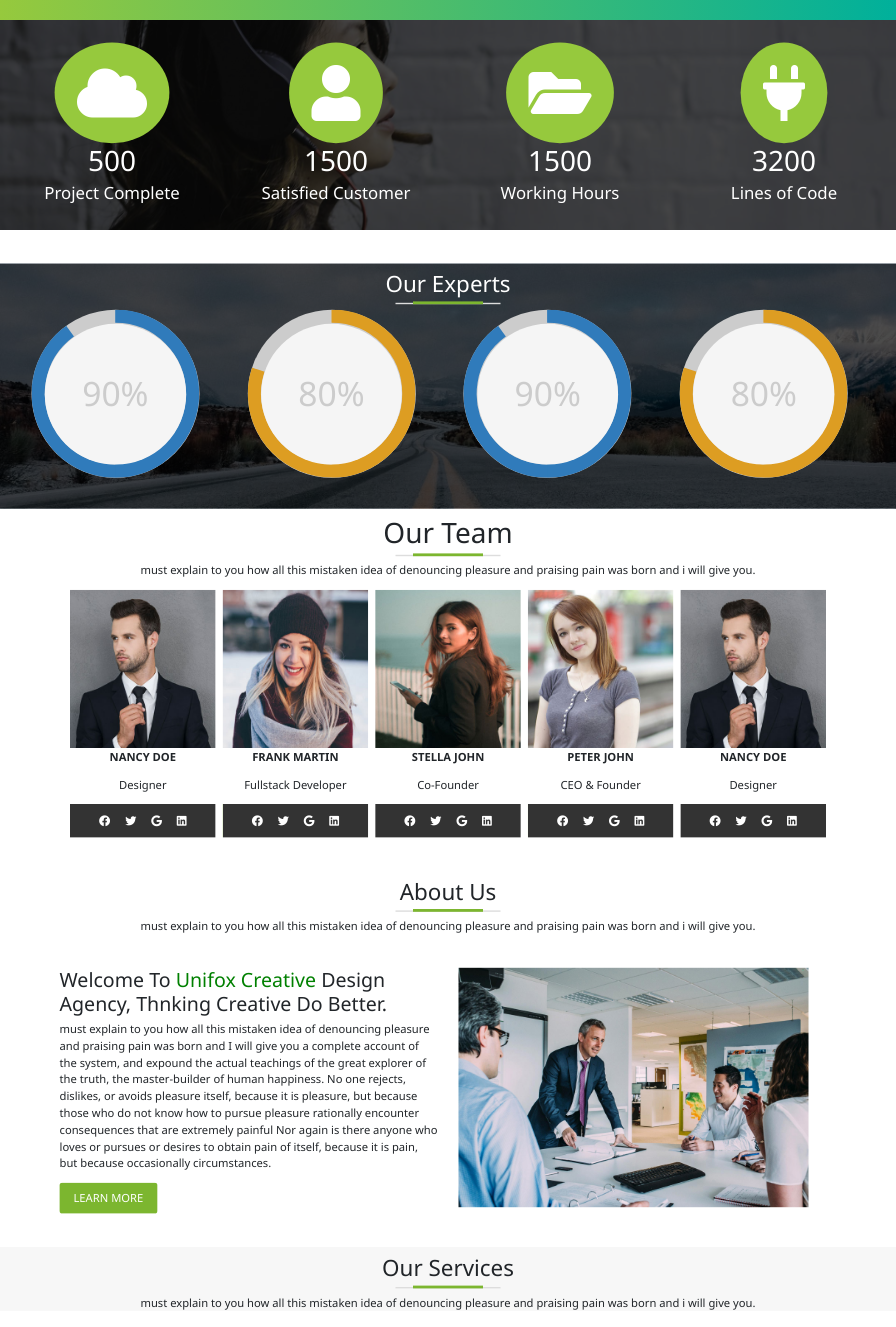
Repository: ibrkhalil/Uniforce-First-Attempt
Page: index.html
These files come from the project's save history. The page is drawn as it stood at one moment and after the next save; the edit follows.
The browser window is 1280 px wide. The pictures show the part of the page from y = 692 to 2612 px (the page is 2588 px tall before and 2612 px after), at 70% of full size.
Backgrounds fixed to the window are drawn as part of the page.

Above is the page before, as saved 2021-01-24 02:40:43.

### index.html
<!DOCTYPE html>
<html lang="en">
  <head>
    <meta charset="UTF-8" />
    <link rel="stylesheet" href="./bootstrap.min.css" />
    <link rel="stylesheet" href="owl.carousel.css" />
    <link rel="preconnect" href="https://fonts.gstatic.com" />
    <link rel="stylesheet" href="./jquery-ui.css" />
    <link
      rel="stylesheet"
      href="https://use.fontawesome.com/releases/v5.15.2/css/all.css"
      integrity="sha384-vSIIfh2YWi9wW0r9iZe7RJPrKwp6bG+s9QZMoITbCckVJqGCCRhc+ccxNcdpHuYu"
      crossorigin="anonymous"
    />
    <link rel="stylesheet" href="./circle.css" />
    <link
      href="https://fonts.googleapis.com/css2?family=Open+Sans&display=swap"
      rel="stylesheet"
    />
    <link rel="stylesheet" href="style.css" />
    <meta name="viewport" content="width=device-width, initial-scale=1.0" />
    <title>Unifox</title>
  </head>

  <body>
    <div class="main-nav">
      <nav
        class="navbar navbar-expand-lg justify-content-around sticky-top navbar-fixed-top"
      >
        <!-- <div class="container"> -->
        <a class="navbar-brand" href="#"><h3 class="unifox">UNIFOX</h3></a>
        <button
          class="navbar-toggler"
          type="button"
          data-toggle="collapse"
          data-target="#navbarSupportedContent"
          aria-controls="navbarSupportedContent"
          aria-expanded="false"
          aria-label="Toggle navigation"
        >
          <span class="fa fa-bars fa-3x"></span>
        </button>
        <div class="">
          <div class="nav-items">
            <div class="collapse navbar-collapse" id="navbarSupportedContent">
              <ul class="navbar-nav mr-auto">
                <li class="item">
                  <a class="nav-link active" href="#">HOME</a>
                </li>
                <li class="nav-item"><a class="nav-link" href="#">ABOUT</a></li>
                <li class="nav-item">
                  <a class="nav-link" href="#">SERVICES</a>
                </li>
                <li class="nav-item">
                  <a class="nav-link" href="#">POROFOLIO</a>
                </li>
                <li class="nav-link"><a href="#">PRICES</a></li>
                <li class="nav-link"><a href="#">TEAM</a></li>
                <li class="nav-link"><a href="#">TESTIMONIALS</a></li>
                <li class="nav-link"><a href="#">BLOG</a></li>
                <li class="nav-link"><a href="#">CONTACT</a></li>
              </ul>
            </div>
          </div>
        </div>

        <!-- </div> -->
      </nav>

      <!-- nav end -->

      <div class="jumbotron">
        <h1 class="display-4 jumbo-main-text">
          <strong>Unifox Creative & Unique.</strong>
        </h1>
        <p class="lead jumbo-subtext">
          Unifox Denounce With Righteous Indignation And Dislike Men Who Are So
          Beguiled And Demoralized By The Charms Of Pleasure Of The Moment.
        </p>

        <div class="jumbo-btns">
          <p class="lead">
            <a class="btn jumbo-btn btn-primary btn-lg" href="#" role="button"
              >Download Now</a
            >
          </p>
          <p class="lead">
            <a class="btn jumbo-btn btn-primary btn-lg" href="#" role="button"
              >Discover More</a
            >
          </p>
        </div>
      </div>
      <!-- jumbotron end -->
      <!-- heading end -->
    </div>
    <div class="counting-number parallax">
      <div class="container-fluid">
        <div class="row">
          <div class="col-md-3">
            <i class="fa counting-icon fa-cloud fa-5x"></i>
            <h1 class="counter" data-count="500">0</h1>
            <h4>Project Complete</h4>
          </div>
          <div class="col-md-3">
            <i class="fa counting-icon fa-user fa-5x"></i>
            <h1 class="counter" data-count="1500">0</h1>
            <h4>Satisfied Customer</h4>
          </div>
          <div class="col-md-3">
            <i class="fa counting-icon fa-folder-open fa-5x"></i>
            <h1 class="counter" data-count="1500">0</h1>
            <h4>Working Hours</h4>
          </div>
          <div class="col-md-3">
            <i class="fa counting-icon fa-plug fa-5x"></i>
            <h1 class="counter" data-count="3200">0</h1>
            <h4>Lines of Code</h4>
          </div>
        </div>
      </div>
    </div>

    <br />
    <br />

    <!-- Counting number div -->
    <div class="our-experts-main">
      <h2 class="our-experts-word line">Our Experts</h2>

      <div class="our-experts">
        <div class="clearfix circular-icons">
          <div class="c100 p90 big blue">
            <span>90%</span>
            <div class="slice">
              <div class="bar"></div>
              <div class="fill"></div>
            </div>
          </div>
          <div class="c100 p80 big orange">
            <span>80%</span>
            <div class="slice">
              <div class="bar"></div>
              <div class="fill"></div>
            </div>
          </div>
          <div class="c100 p90 big blue">
            <span>90%</span>
            <div class="slice">
              <div class="bar"></div>
              <div class="fill"></div>
            </div>
          </div>

          <div class="c100 p80 big orange">
            <span>80%</span>
            <div class="slice">
              <div class="bar"></div>
              <div class="fill"></div>
            </div>
          </div>
        </div>
        <!-- /green -->

        <!-- orange -->
        <div class="clearfix"></div>
      </div>
    </div>

    <!-- experts end -->

    <div class="our-team">
      <div class="container">
        <div class="our-team-text">
          <h1 class="line">Our Team</h1>

          <p>
            must explain to you how all this mistaken idea of denouncing
            pleasure and praising pain was born and i will give you.
          </p>
        </div>
        <div class="top-content">
          <div class="container-fluid">
            <div class="owl-carousel owl-theme">
              <div class="item">
                <img
                  src="./images/1 (1).jpg"
                  class="img-fluid mx-auto d-block"
                  alt="img1"
                />
                <strong class="team-member-name">
                  <p>STELLA JOHN</p>
                </strong>
                <p>Co-Founder</p>
                <div class="social-media-icons" data-content="Link Hover">
                  <div
                    class="container d-flex justify-content-around align-items-center"
                  >
                    <i class="fab fa-facebook"></i>
                    <i class="fab fa-twitter"></i>
                    <i class="fab fa-google"></i>
                    <i class="fab fa-linkedin"></i>
                  </div>
                </div>
              </div>

              <div class="item">
                <img
                  src="./images/2 (1).jpg"
                  class="img-fluid mx-auto d-block"
                  alt="img2"
                />
                <strong class="team-member-name">
                  <p>PETER JOHN</p>
                </strong>
                <p>CEO & Founder</p>
                <div class="social-media-icons">
                  <div
                    class="container d-flex justify-content-around align-items-center"
                  >
                    <i class="fab fa-facebook"></i>
                    <i class="fab fa-twitter"></i>
                    <i class="fab fa-google"></i>
                    <i class="fab fa-linkedin"></i>
                  </div>
                </div>
              </div>

              <div class="item">
                <img
                  src="./images/3 (1).jpg"
                  class="img-fluid mx-auto d-block"
                  alt="img3"
                />
                <strong class="team-member-name">
                  <p>NANCY DOE</p>
                </strong>
                <p>Designer</p>
                <div class="social-media-icons">
                  <div
                    class="container d-flex justify-content-around align-items-center"
                  >
                    <i class="fab fa-facebook"></i>
                    <i class="fab fa-twitter"></i>
                    <i class="fab fa-google"></i>
                    <i class="fab fa-linkedin"></i>
                  </div>
                </div>
              </div>

              <div class="item">
                <img
                  src="./images/4.jpg"
                  class="img-fluid mx-auto d-block"
                  alt="img4"
                />
                <strong class="team-member-name">
                  <p>FRANK MARTIN</p>
                </strong>
                <p>Fullstack Developer</p>
                <div class="social-media-icons">
                  <div
                    class="container d-flex justify-content-around align-items-center"
                  >
                    <i class="fab fa-facebook"></i>
                    <i class="fab fa-twitter"></i>
                    <i class="fab fa-google"></i>
                    <i class="fab fa-linkedin"></i>
                  </div>
                </div>
              </div>
            </div>
          </div>
        </div>
      </div>
    </div>
        <section class="about-section my-5 green-bottom-border">
            <div class="container">
                <h2 class="line">About Us</h2>
                <p class="mb-5 aligny-center">must explain to you how all this mistaken idea of denouncing pleasure and praising pain was born and i will give you.</p>
                <div class="row">
                    <div class="col-md-6"><h3>Welcome To <span class="green-color">Unifox Creative</span> Design Agency, Thnking Creative Do Better.</h3><p>must explain to you how all this mistaken idea of denouncing pleasure and praising pain was born and I will give you a complete account of the system, and expound the actual teachings of the great explorer of the truth, the master-builder of human happiness. No one rejects, dislikes, or avoids pleasure itself, because it is pleasure, but because those who do not know how to pursue pleasure rationally encounter consequences that are extremely painful Nor again is there anyone who loves or pursues or desires to obtain pain of itself, because it is pain, but because occasionally circumstances.</p>
                    <a href="#" class="btn social-media-icons-invert">LEARN MORE</a>
                    </div>
                    <div class="col-md-6">
                        <img src="./about-bg.jpg" src="about" width="500px">
                    </div>
                </div>
            </div>
            </section>

            <section class="our-services">

                    <h2 class="our-services-word line">
                        Our Services
                    </h2>
                    <p class="aligny-center mb-4">must explain to you how all this mistaken idea of denouncing pleasure and praising pain was born and i will give you.</p>

            </section>



    <script src="./jquery.js"></script>
    <script src="./jquery-ui.js"></script>
    <script src="./owl.carousel.js"></script>
    <script src="./owl.autoplay.js"></script>
    <script src="./bootstrap.js"></script>
    <script src="./script.js"></script>
  </body>
</html>

### style.css
*{
    margin: 0;
    padding: 0;
}
body{
    font-family: 'Segoe UI', Tahoma, Geneva, Verdana, sans-serif;
}
.nav-items{
    display: flex;
    width: 100%;
    justify-content: space-between;
}

.main-nav h3{
    font-family: 'Open Sans', sans-serif;
    font-weight: bold;
    font-size: x-large;
}
.main-nav{
    transition: all 200ms;
    font-size: small;
    background: linear-gradient(to right, #96c93d, #00b09b);
    height: 100vh;
}
.main-nav a{
    text-decoration: none;
    color: white;
    border: none;
}
 .main-nav li, .main-nav h3 {
    margin-top: 1rem;
}
.circular-icons{
    display: flex;
    justify-content: space-between;
}
.jumbotron{
    text-align: center;
    margin-top: 5rem;
    color: white;
    background-color: transparent;
}
.jumbo-btn{
    background-color: #7CB62F;
}

.navbar-fixed-top a:hover{
    color: #3e3e3e;
}
.navbar-fixed-top.scrolled {
    width: 100vw;
    background-color: #fff !important;
    /* padding: 0.5rem 0; */
    /* transition: all 200ms ease; */

  }
/* .navbar-fixed-top.scrolled  a{
    color: black;

  } */
  .navbar-fixed-top.scrolled  a:hover{
    color: gray;

  }
.jumbo-btns{
    display: flex;
    justify-content: center;
}
.jumbo-subtext{

    margin: 2rem auto;
    width: 50%;
}
.jumbo-main-text{
font-weight: 400;
}
.jumbo-btns p{
   margin-right: 0.5rem;
}
.lead-btns a{
    display: flex;
    border: none;
}
.parallax {
    background-image: url("./fun_facts_bg.jpg");
    height: 300px;
    background-blend-mode: overlay;
    background-attachment: fixed;
    background-position: center;
    background-repeat: no-repeat;
    background-size: cover;
    background-color: rgba(0, 0, 0,0.7);
    color: white;
    text-align: center;
    display: flex;
    align-items: center;
  }
  .parallax img {
      height: 300px;
      object-fit: cover;
  }
  .counting-icon{
      padding: 2rem;
      background-color: #96c93d ;
      border-radius: 50%;
  }
.jumbo-btn:hover{
    transition: 1s;
    background-color: black;
}
.line{
    position: relative;
    text-align: center;
    padding: 10px 0;
}
.line::after , .line::before{
    content: "";
    width: 100px;
    height: 4px;
    position: absolute;
    background-color: #7CB62F;
    left: 50%;
    transform: translate(-50%,0);
    bottom: 0;
}
.line::before{
    height: 2px;
    background-color: #ddd;
    width: 150px;
}


.clearfix:before,.clearfix:after {content: " "; display: table;}
.clearfix:after {clear: both;}
.clearfix {*zoom: 1;}


.our-experts-main{
    background-image: url("./skill-bg.jpg");
    height: 350px;
    background-blend-mode: overlay;
    background-attachment: fixed;
    background-position: center;
    background-repeat: no-repeat;
    background-size: cover;
    background-color: rgba(0, 0, 0,0.7);
    color: white;
}
.our-experts-main:first-child{
    display: flex;
    justify-content: center;
}
.our-experts h2{
    display: block !important;
}
.our-team{
    text-align: center;
}
@media (min-width: 768px) and (max-width: 991px) {
    /* Show 4th slide on md if col-md-4*/
    .carousel-inner .active.col-md-4.carousel-item + .carousel-item + .carousel-item + .carousel-item {
        position: absolute;
        top: 0;
        right: -33.3333%;  /*change this with javascript in the future*/
        z-index: -1;
        display: block;
        visibility: visible;
    }
}
@media (min-width: 576px) and (max-width: 768px) {
    /* Show 3rd slide on sm if col-sm-6*/
    .carousel-inner .active.col-sm-6.carousel-item + .carousel-item + .carousel-item {
        position: absolute;
        top: 0;
        right: -50%;  /*change this with javascript in the future*/
        z-index: -1;
        display: block;
        visibility: visible;
    }
}
@media (min-width: 576px) {
    .carousel-item {
        margin-right: 0;
    }
    /* show 2 items */
    .carousel-inner .active + .carousel-item {
        display: block;
    }
    .carousel-inner .carousel-item.active:not(.carousel-item-right):not(.carousel-item-left),
    .carousel-inner .carousel-item.active:not(.carousel-item-right):not(.carousel-item-left) + .carousel-item {
        transition: none;
    }
    .carousel-inner .carousel-item-next {
        position: relative;
        transform: translate3d(0, 0, 0);
    }
    /* left or forward direction */
    .active.carousel-item-left + .carousel-item-next.carousel-item-left,
    .carousel-item-next.carousel-item-left + .carousel-item,
    .carousel-item-next.carousel-item-left + .carousel-item + .carousel-item {
        position: relative;
        transform: translate3d(-100%, 0, 0);
        visibility: visible;
    }
    /* farthest right hidden item must be also positioned for animations */
    .carousel-inner .carousel-item-prev.carousel-item-right {
        position: absolute;
        top: 0;
        left: 0;
        z-index: -1;
        display: block;
        visibility: visible;
    }
    /* right or prev direction */
    .active.carousel-item-right + .carousel-item-prev.carousel-item-right,
    .carousel-item-prev.carousel-item-right + .carousel-item,
    .carousel-item-prev.carousel-item-right + .carousel-item + .carousel-item {
        position: relative;
        transform: translate3d(100%, 0, 0);
        visibility: visible;
        display: block;
        visibility: visible;
    }
}
/* MD */
@media (min-width: 768px) {
    /* show 3rd of 3 item slide */
    .carousel-inner .active + .carousel-item + .carousel-item {
        display: block;
    }
    .carousel-inner .carousel-item.active:not(.carousel-item-right):not(.carousel-item-left) + .carousel-item + .carousel-item {
        transition: none;
    }
    .carousel-inner .carousel-item-next {
        position: relative;
        transform: translate3d(0, 0, 0);
    }
    /* left or forward direction */
    .carousel-item-next.carousel-item-left + .carousel-item + .carousel-item + .carousel-item {
        position: relative;
        transform: translate3d(-100%, 0, 0);
        visibility: visible;
    }
    /* right or prev direction */
    .carousel-item-prev.carousel-item-right + .carousel-item + .carousel-item + .carousel-item {
        position: relative;
        transform: translate3d(100%, 0, 0);
        visibility: visible;
        display: block;
        visibility: visible;
    }
}
/* LG */
@media (min-width: 991px) {
    /* show 4th item */
    .carousel-inner .active + .carousel-item + .carousel-item + .carousel-item {
        display: block;
    }
    .carousel-inner .carousel-item.active:not(.carousel-item-right):not(.carousel-item-left) + .carousel-item + .carousel-item + .carousel-item {
        transition: none;
    }
    /* Show 5th slide on lg if col-lg-3 */
    .carousel-inner .active.col-lg-3.carousel-item + .carousel-item + .carousel-item + .carousel-item + .carousel-item {
        position: absolute;
        top: 0;
        right: -25%;  /*change this with javascript in the future*/
        z-index: -1;
        display: block;
        visibility: visible;
    }
    /* left or forward direction */
    .carousel-item-next.carousel-item-left + .carousel-item + .carousel-item + .carousel-item + .carousel-item {
        position: relative;
        transform: translate3d(-100%, 0, 0);
        visibility: visible;
    }
    /* right or prev direction //t - previous slide direction last item animation fix */
    .carousel-item-prev.carousel-item-right + .carousel-item + .carousel-item + .carousel-item + .carousel-item {
        position: relative;
        transform: translate3d(100%, 0, 0);
        visibility: visible;
        display: block;
        visibility: visible;
    }
}
.social-media-icons{
    color: white;
    padding: 1rem;
    /* background: red; */
    background: linear-gradient(to left, #333 50%, #7CB62F 50%) right;
    background-size: 200%;
    transition: 1s ease;
}
.social-media-icons:hover{
    background-position:left;
}
.social-media-icons i{
    cursor: pointer;
}
.social-media-icons-invert{
    color: white;
    padding: 1rem;
    background: linear-gradient(to left, #7CB62F 50%, #333 50%) right;
    background-size: 200%;
    transition: 1s ease;
}
.social-media-icons-invert:hover{
    background-position:left;
}

.aligny-center{
    text-align: center;
}
.green-color{
    color: green;
}
.about-section a{
    padding: 10px 20px;
    border: none;
    background-color: #7CB62F;
    color: white;
}
.our-services{
    background-color: #F7F7F7;
}


.social-media-icons .fab:hover{
    transition: 1s;
    color: gold;
}
.carousel-item:nth-child(2){
    margin-bottom: 1rem;
}

@media screen and (max-width: 768px){
    /* .navbar-nav{ */
        .navbody{
        display: none;
        justify-content: center;
        width: 100vw;
        /* float: right; */
    }
}

Loaded but not shown: bootstrap.min.css (library); owl.carousel.css (library); jquery-ui.css (library); jquery.js (library); jquery-ui.js (library); owl.carousel.js (library); owl.autoplay.js (library); bootstrap.js (library); script.js (88 lines, source omitted); circle.css (879 lines, source omitted)

After the next save:
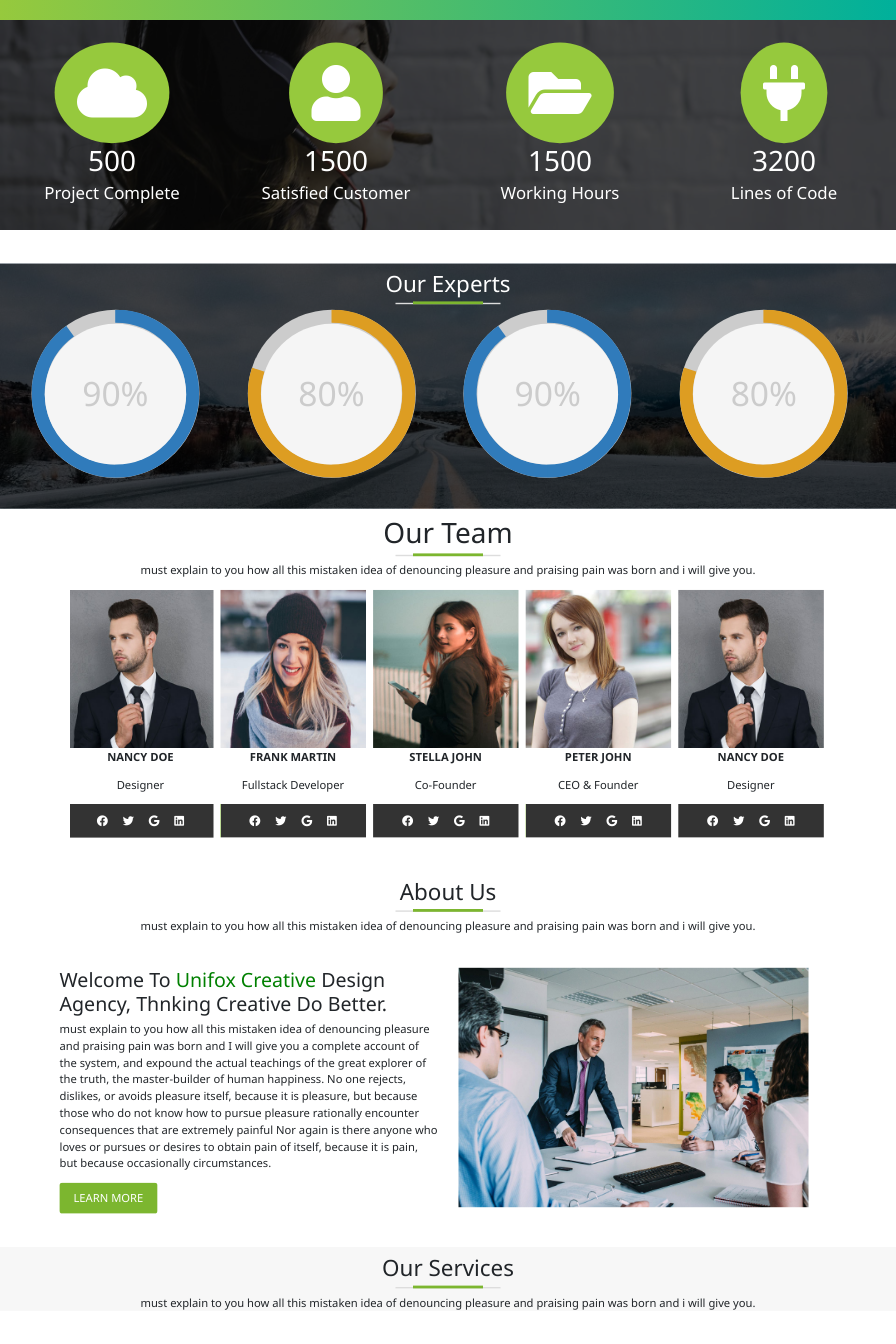
Saved 9 s later.
--- a/index.html
+++ b/index.html
@@ -294,7 +294,7 @@
                     <h2 class="our-services-word line">
                         Our Services
                     </h2>
-                    <p class="aligny-center mb-4">must explain to you how all this mistaken idea of denouncing pleasure and praising pain was born and i will give you.</p>
+                    <p class="aligny-center mb-5">must explain to you how all this mistaken idea of denouncing pleasure and praising pain was born and i will give you.</p>
 
             </section>
 
